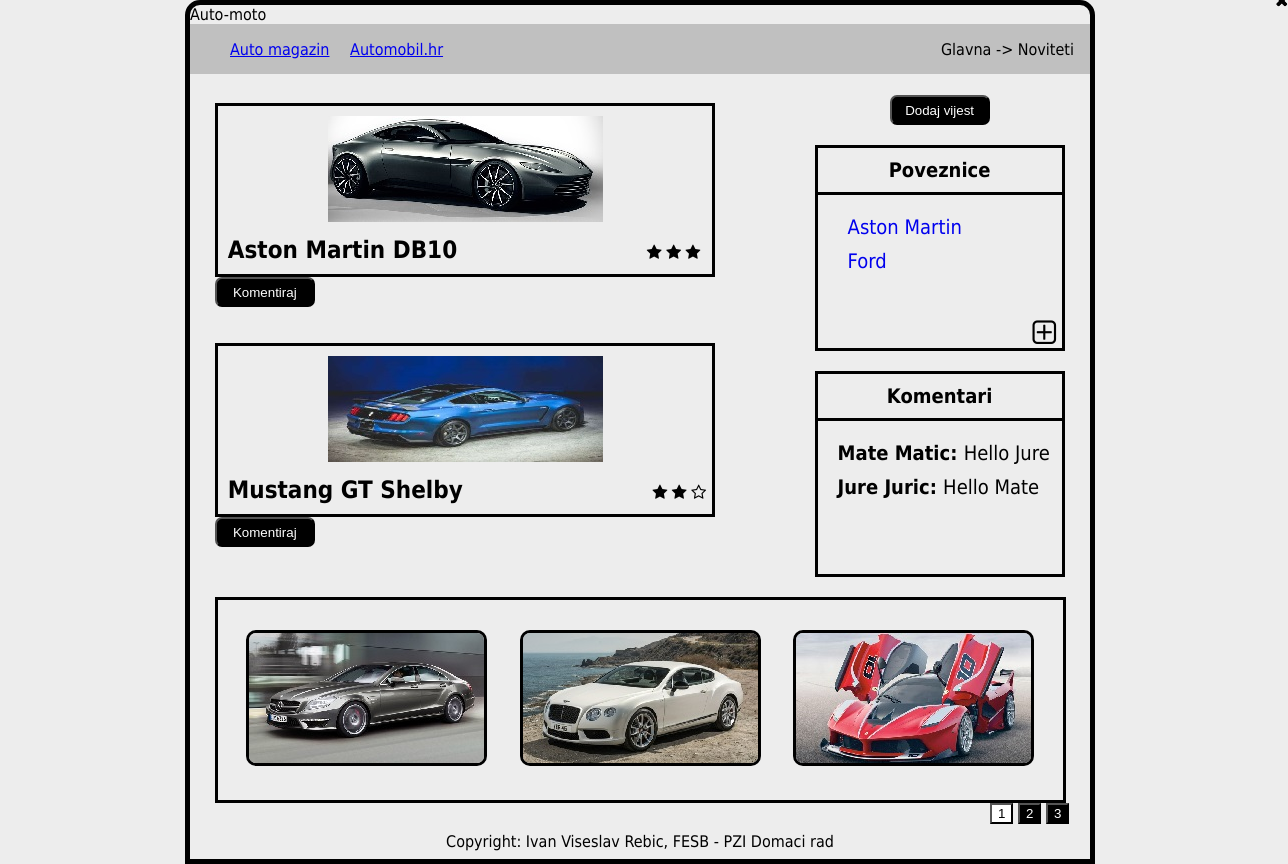
Repository: irebic00/PZI
Page: DR26102015/index.html
The author's editor kept a record of every edit. The page is drawn from the files as they stood at one moment, then again after the next edit.
The browser window is 1280 px wide. The page is 1288 px wide, so the pictures cover 1288 px, including what lies to the right of the window. The pictures show the whole page.

Above is the page before.

After the next edit:
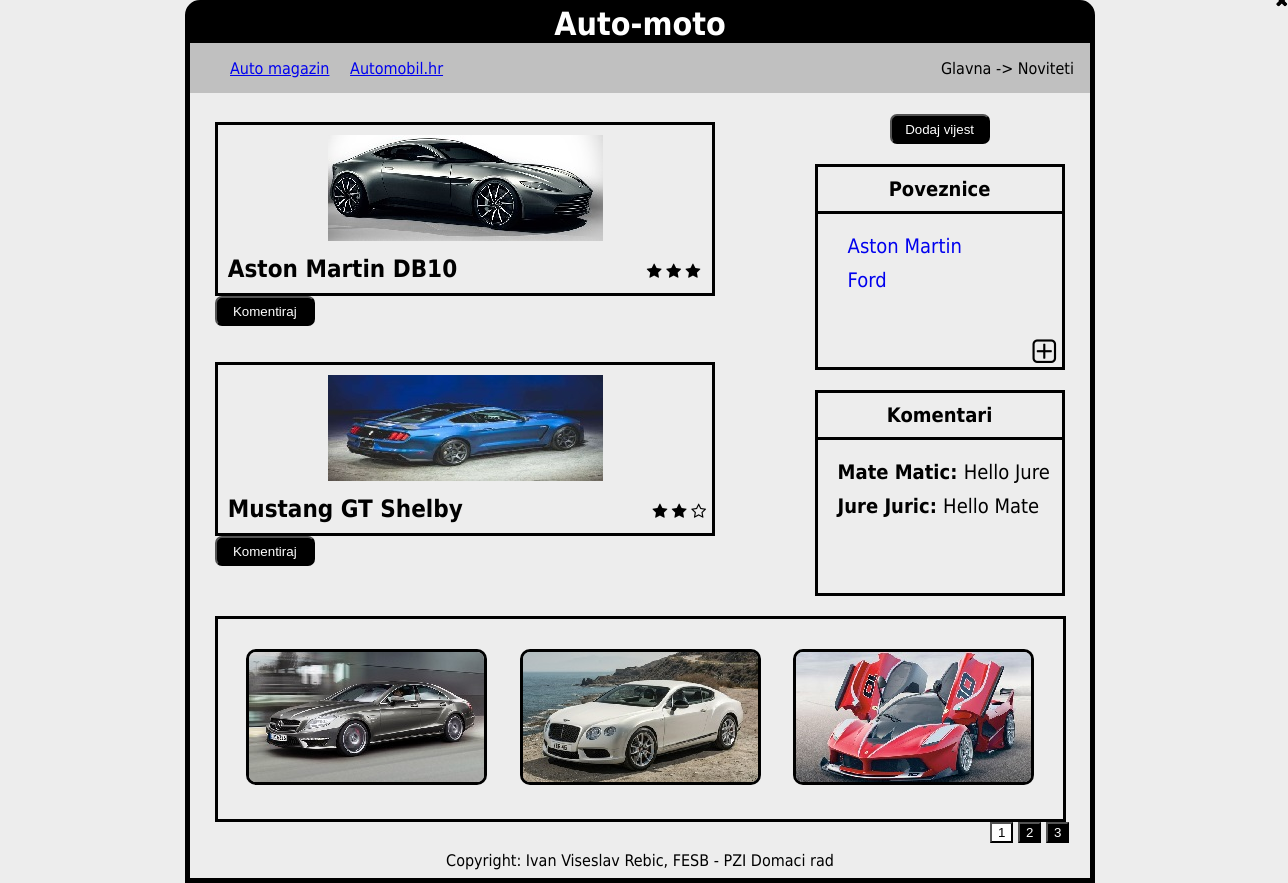
The edit:
--- a/DR26102015/index.html
+++ b/DR26102015/index.html
@@ -9,7 +9,7 @@
 
     <body>
         <header>
-            <div id="page-title">Auto-moto</div>
+            <h1>Auto-moto</h1>
         </header>
 
         <main>
